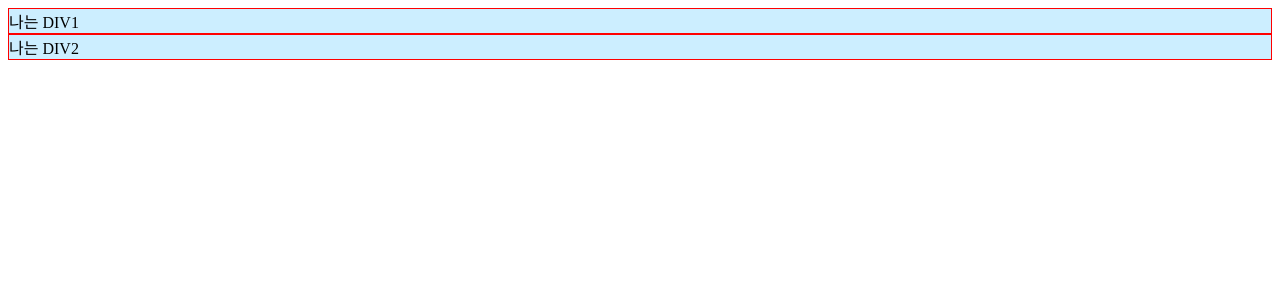
Repository: gold37/JAVA_HOME
Page: myjsp/myjsp/HTML5/WebContent/ch01_cssOrder/cssOrder.html
The author's editor kept a copy of each file at every save. The page is drawn from the files as they stood at one save, then again after the next save.
The browser window is 1280 px wide. The pictures show the whole page.

Above is the page before, as saved 2020-04-22 05:14:08.

After the next save:
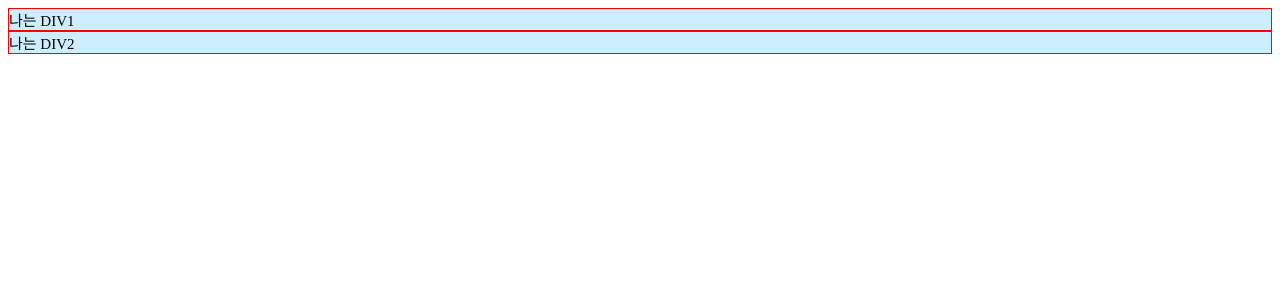
Saved 56 s later.
--- a/myjsp/myjsp/HTML5/WebContent/ch01_cssOrder/mycss.css
+++ b/myjsp/myjsp/HTML5/WebContent/ch01_cssOrder/mycss.css
@@ -5,6 +5,6 @@ div {
 	border: solid 3px pink; /* 테두리 실선 두께 (1px) 핑크색 */
 	background-color : #A566FF; /* 배경색 */
 
-	font-size: px/* 글자크기 */
+	font-size: 15px/* 글자크기 */
 
 }
